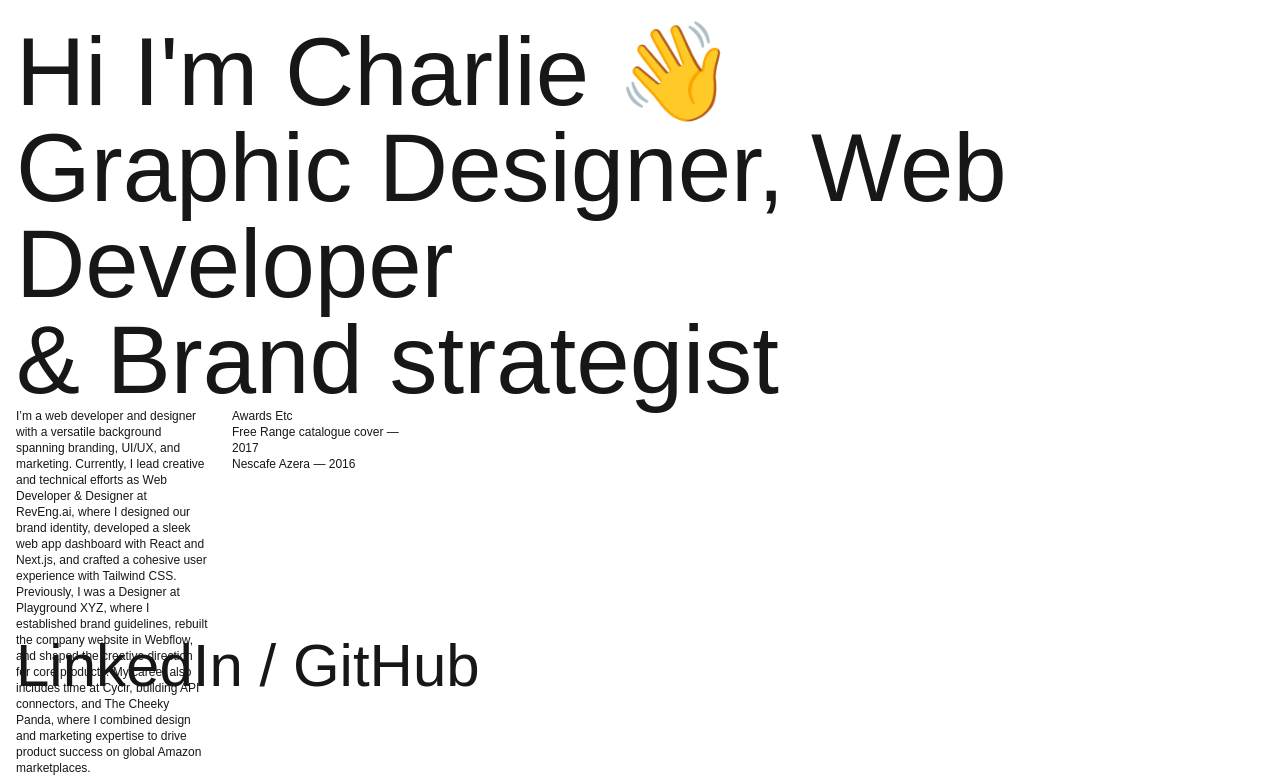
Repository: charlehs/portfolio
Page: /
An editor plug-in stored every save of this project. The page is shown before and after the next save, followed by the edit.
The browser window is 1280 px wide. The pictures show the whole page.
The project was rebuilt for these pictures with package versions that can differ from the ones it lists, and the page was loaded fresh each time. The framework's server and built-in components were replaced by stand-ins that run in the browser. Also part of the build but not shown: next.config.ts.

Above is the page before, as saved 2025-01-02 18:48:49.

After the next save:
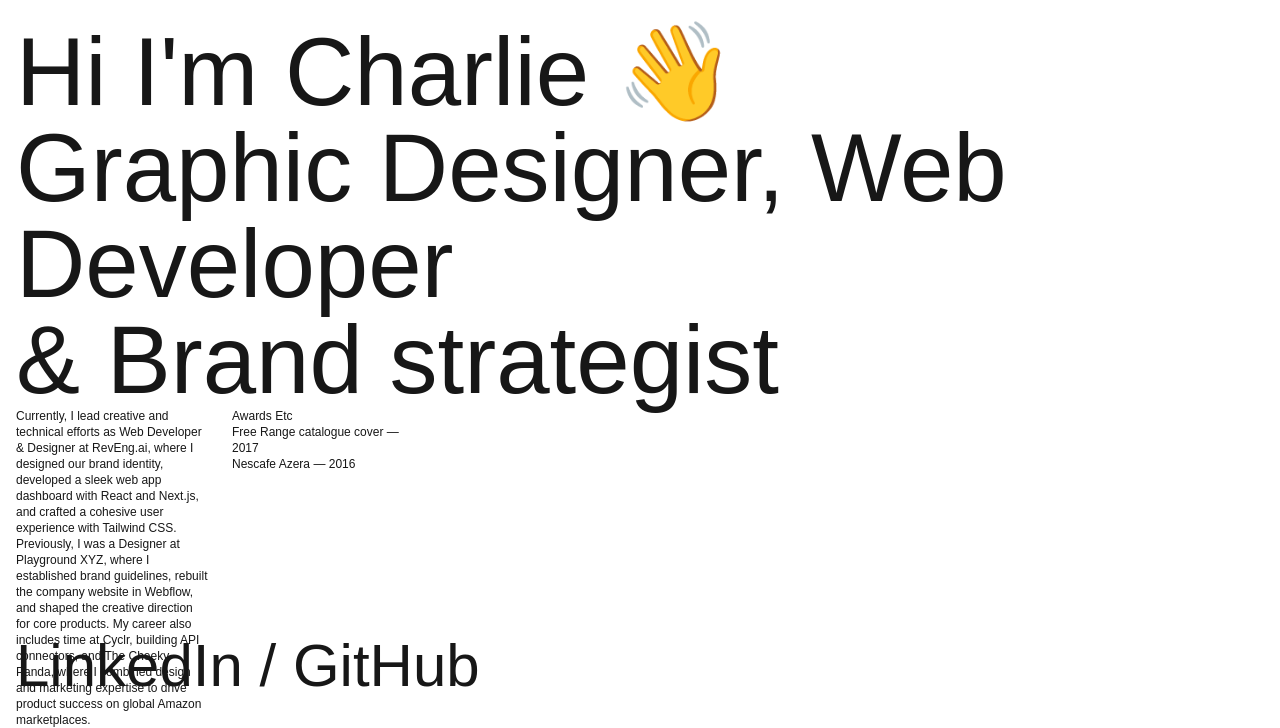
Saved 56 s later.
--- a/app/page.tsx
+++ b/app/page.tsx
@@ -16,18 +16,16 @@ export default function Home() {
         </div>
         <div className="grid grid-cols-3  text-xs max-w-[50%] gap-6">
           <p>
-            I’m a web developer and designer with a versatile background
-            spanning branding, UI/UX, and marketing. Currently, I lead creative
-            and technical efforts as Web Developer & Designer at RevEng.ai,
-            where I designed our brand identity, developed a sleek web app
-            dashboard with React and Next.js, and crafted a cohesive user
-            experience with Tailwind CSS. Previously, I was a Designer at
-            Playground XYZ, where I established brand guidelines, rebuilt the
-            company website in Webflow, and shaped the creative direction for
-            core products. My career also includes time at Cyclr, building API
-            connectors, and The Cheeky Panda, where I combined design and
-            marketing expertise to drive product success on global Amazon
-            marketplaces.
+            Currently, I lead creative and technical efforts as Web Developer &
+            Designer at RevEng.ai, where I designed our brand identity,
+            developed a sleek web app dashboard with React and Next.js, and
+            crafted a cohesive user experience with Tailwind CSS. Previously, I
+            was a Designer at Playground XYZ, where I established brand
+            guidelines, rebuilt the company website in Webflow, and shaped the
+            creative direction for core products. My career also includes time
+            at Cyclr, building API connectors, and The Cheeky Panda, where I
+            combined design and marketing expertise to drive product success on
+            global Amazon marketplaces.
           </p>
           <div>
             <h3>Awards Etc </h3>
